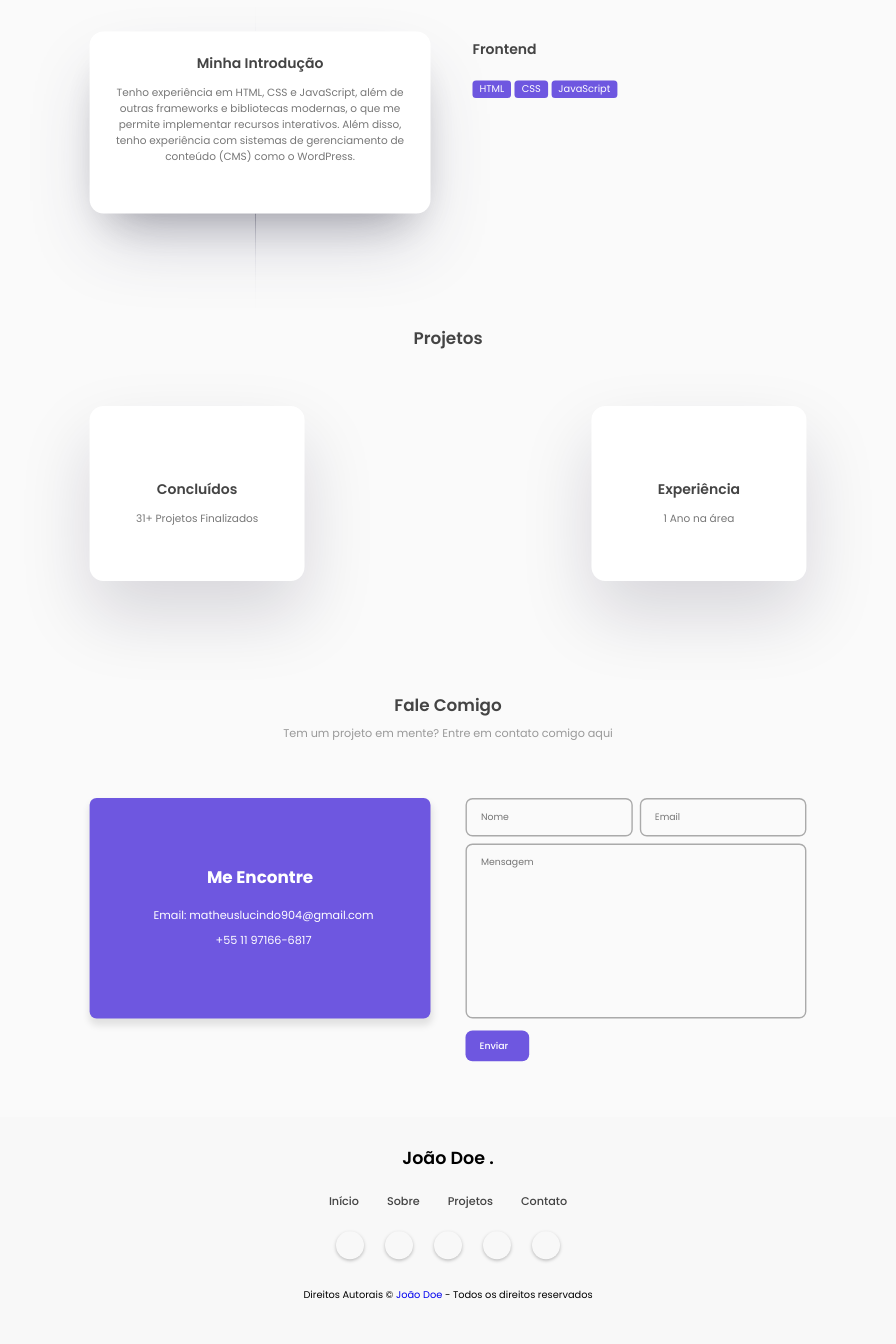
Repository: Matheus904-12/PrePortf
Page: index.html
An editor plug-in stored every save of this project. The page is shown before and after the next save, followed by the edit.
The browser window is 1280 px wide. The pictures show the part of the page from y = 870 to 2790 px (the page is 2790 px tall before and 2729 px after), at 70% of full size.
Some icons come from a web library that is not loaded, so they are not drawn.

Above is the page before, as saved 2023-09-29 11:01:24.

After the next save:
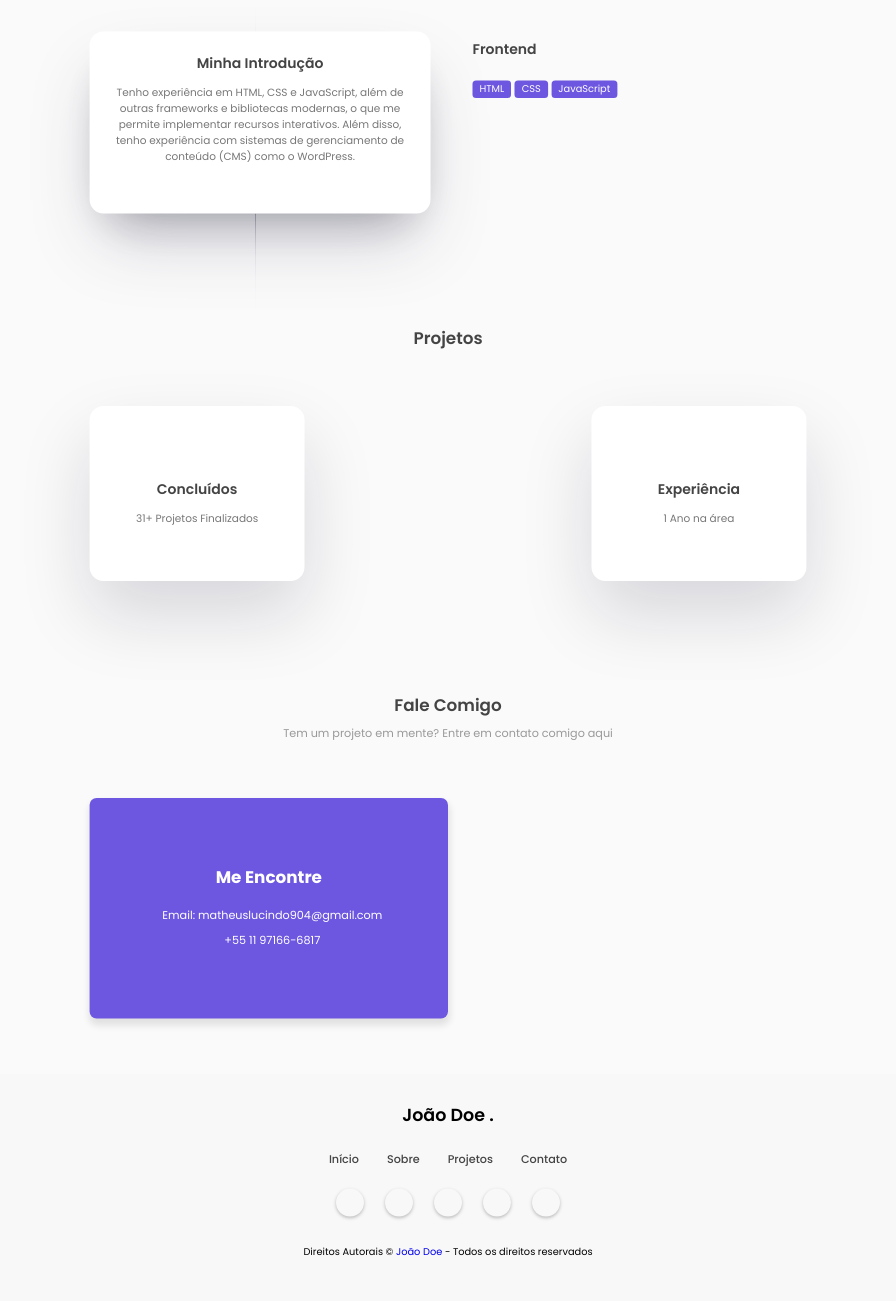
Saved 40 s later.
--- a/index.html
+++ b/index.html
@@ -152,19 +152,7 @@
                             <p><i class="uil uil-envelope"></i> Email: matheuslucindo904@gmail.com</p>
                             <p><i class="uil uil-phone"></i> +55 11 97166-6817</p>
                         </div>
-                    </div>
-                    <div class="col">
-                        <div class="form-control">
-                            <div class="form-inputs">
-                                <input type="text" class="input-field" placeholder="Nome">
-                                <input type="text" class="input-field" placeholder="Email">
-                            </div>
-                            <div class="text-area">
-                                <textarea placeholder="Mensagem"></textarea>
-                            </div>
-                            <div class="form-button">
-                                <button class="btn">Enviar <i class="uil uil-message"></i></button>
-                            </div>
+
                         </div>
                     </div>
                 </div>

After the 3 saves that followed:
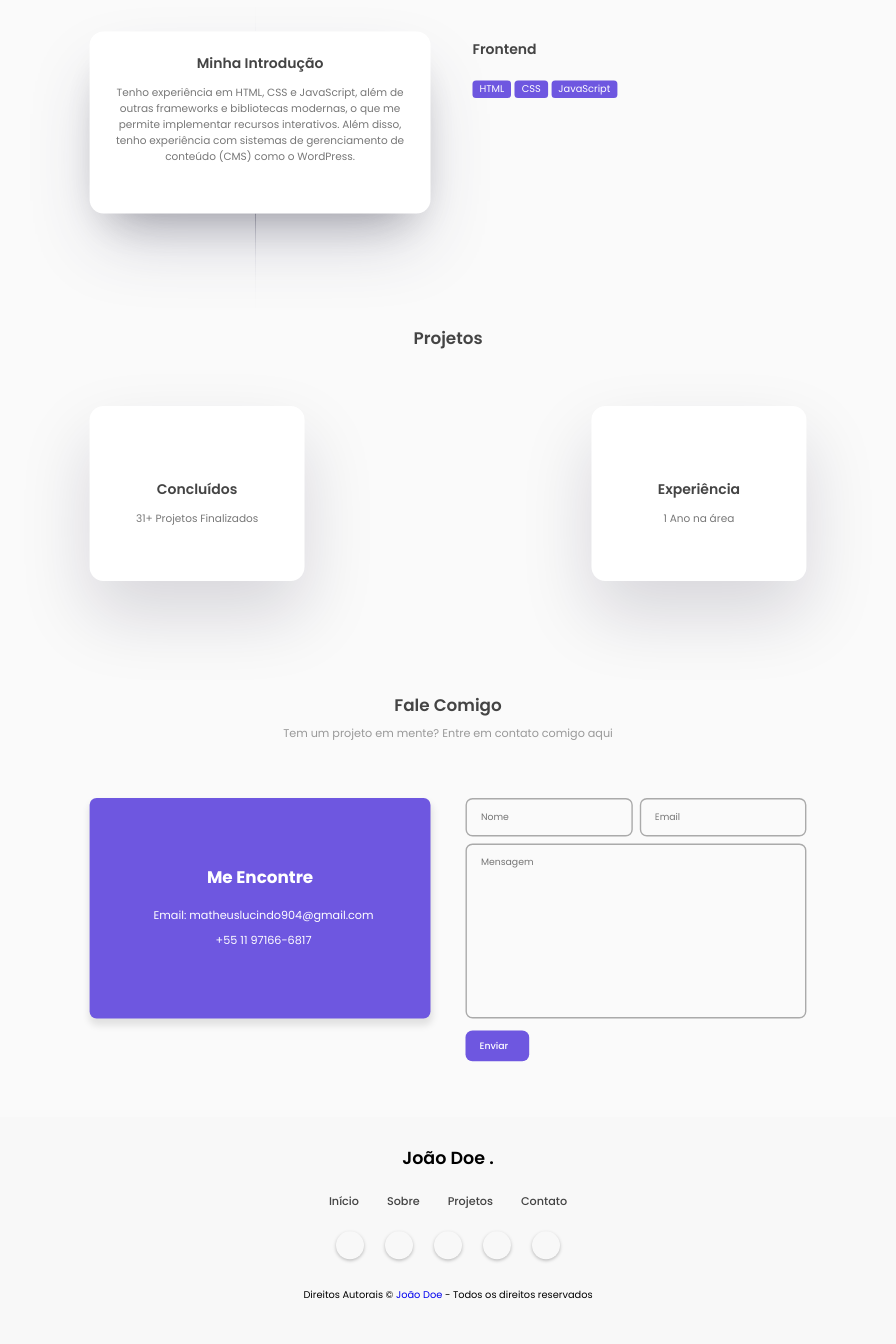
The 3 saves are shown as one change because 2 left the picture as it was.
The last was saved 34 s later.
--- a/index.html
+++ b/index.html
@@ -152,7 +152,19 @@
                             <p><i class="uil uil-envelope"></i> Email: matheuslucindo904@gmail.com</p>
                             <p><i class="uil uil-phone"></i> +55 11 97166-6817</p>
                         </div>
-
+                    </div>
+                    <div class="col">
+                        <div class="form-control">
+                            <div class="form-inputs">
+                                <input type="text" class="input-field" placeholder="Nome">
+                                <input type="text" class="input-field" placeholder="Email">
+                            </div>
+                            <div class="text-area">
+                                <textarea placeholder="Mensagem"></textarea>
+                            </div>
+                            <div class="form-button">
+                                <button class="btn">Enviar <i class="uil uil-message"></i></button>
+                            </div>
                         </div>
                     </div>
                 </div>
